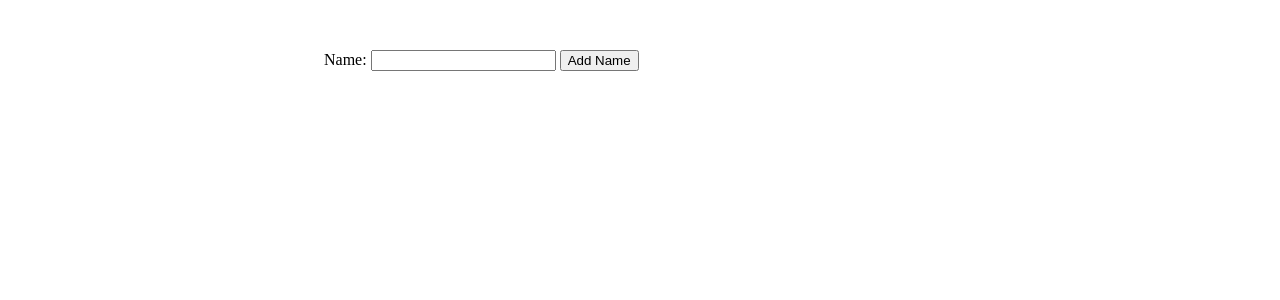
Repository: Theracon/Simple-mysql-node-app
Page: client/index.html
These files come from the project's save history. The page is drawn as it stood at one moment and after a run of saves; the edit follows.
The browser window is 1280 px wide. The pictures show the whole page.

Above is the page before, as saved 2021-06-04 09:08:10.

### client/index.html
<!DOCTYPE html>
<html lang="en">

<head>
    <meta charset="UTF-8">
    <meta http-equiv="X-UA-Compatible" content="IE=edge">
    <meta name="viewport" content="width=device-width, initial-scale=1.0">
    <link rel="stylesheet" href="stylesheet.css">
    <title>MySQL Node App</title>
</head>

<body>
    <main>
        <label>Name:</label>
        <input type="text" id="name-input">
        <button>Add Name</button>
    </main>

    <script src="app.js"></script>
</body>

</html>

### client/stylesheet.css
main {
    width: 50%;
    margin: 50px auto;
}

Loaded but not shown: client/app.js (no copy from this time; the picture is the same without it)

After the next 2 saves:
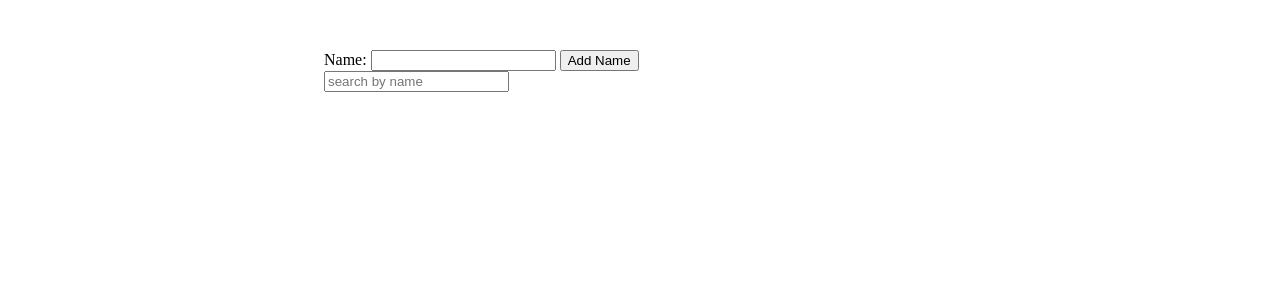
The 2 saves are shown as one change because they came seconds apart.
The last was saved 76 s later.
--- a/client/index.html
+++ b/client/index.html
@@ -14,6 +14,10 @@
         <label>Name:</label>
         <input type="text" id="name-input">
         <button>Add Name</button>
+
+        <div>
+            <input type="text" placeholder="search by name" id="search-input">
+        </div>
     </main>
 
     <script src="app.js"></script>
